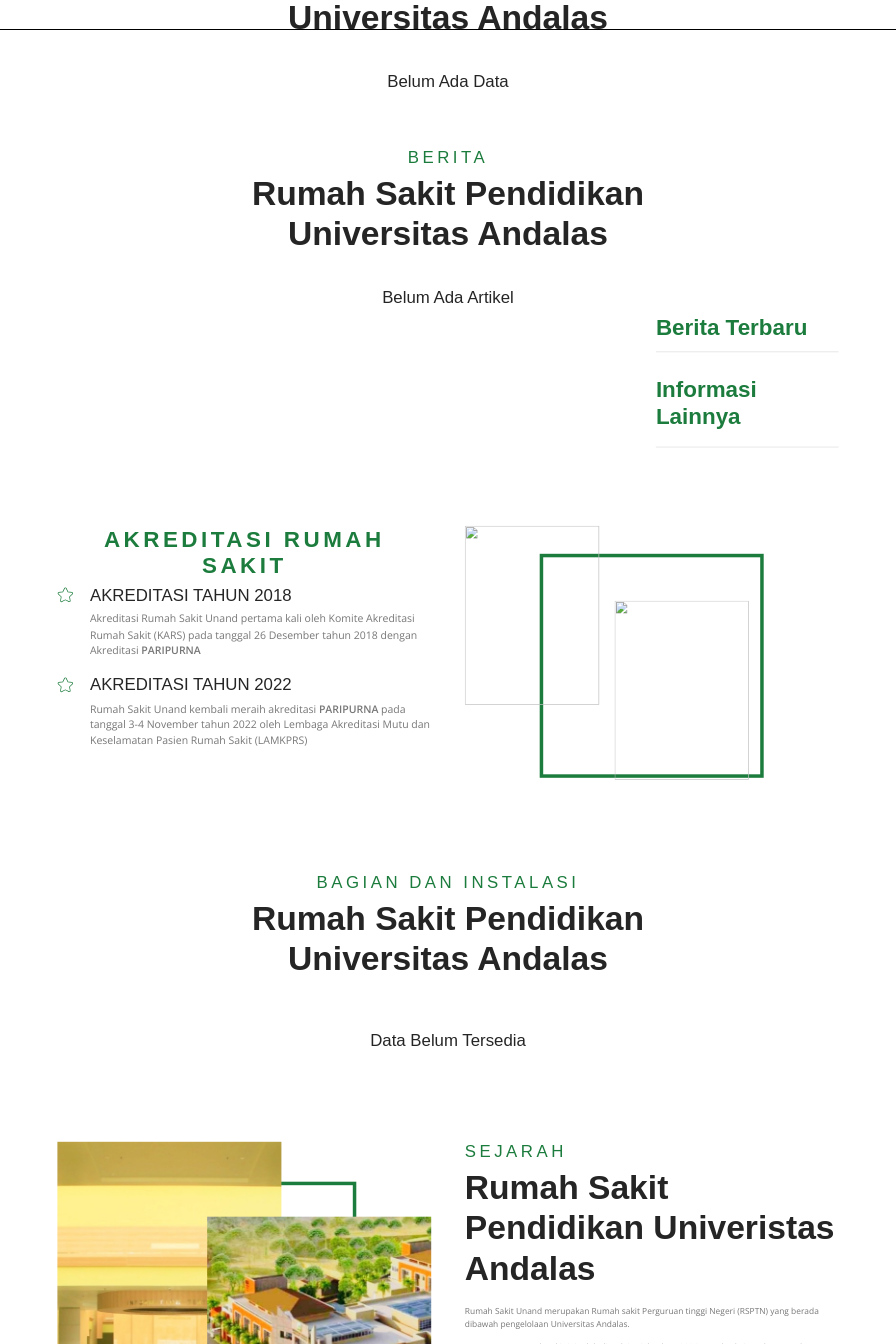
Repository: vivin-erialis/rsunand-site
Page: http://localhost/
The author's editor kept a copy of each file at every save. The page is drawn from the files as they stood at one save, then again after the next save.
The browser window is 1280 px wide. The pictures show the part of the page from y = 323 to 2243 px (the page is 3087 px tall), at 70% of full size.
Some web fonts or font styles are not loaded; a fallback is used. Some web libraries are served in a nearby version. The page is served by the project's Laravel application, run on PHP 8.4 with Laravel 12. Queries for data that is not in the repository find no rows.

Above is the page before, as saved 2024-06-10 09:16:56.
Console error: TypeError: Cannot read properties of undefined (reading 'version')

After the next save:
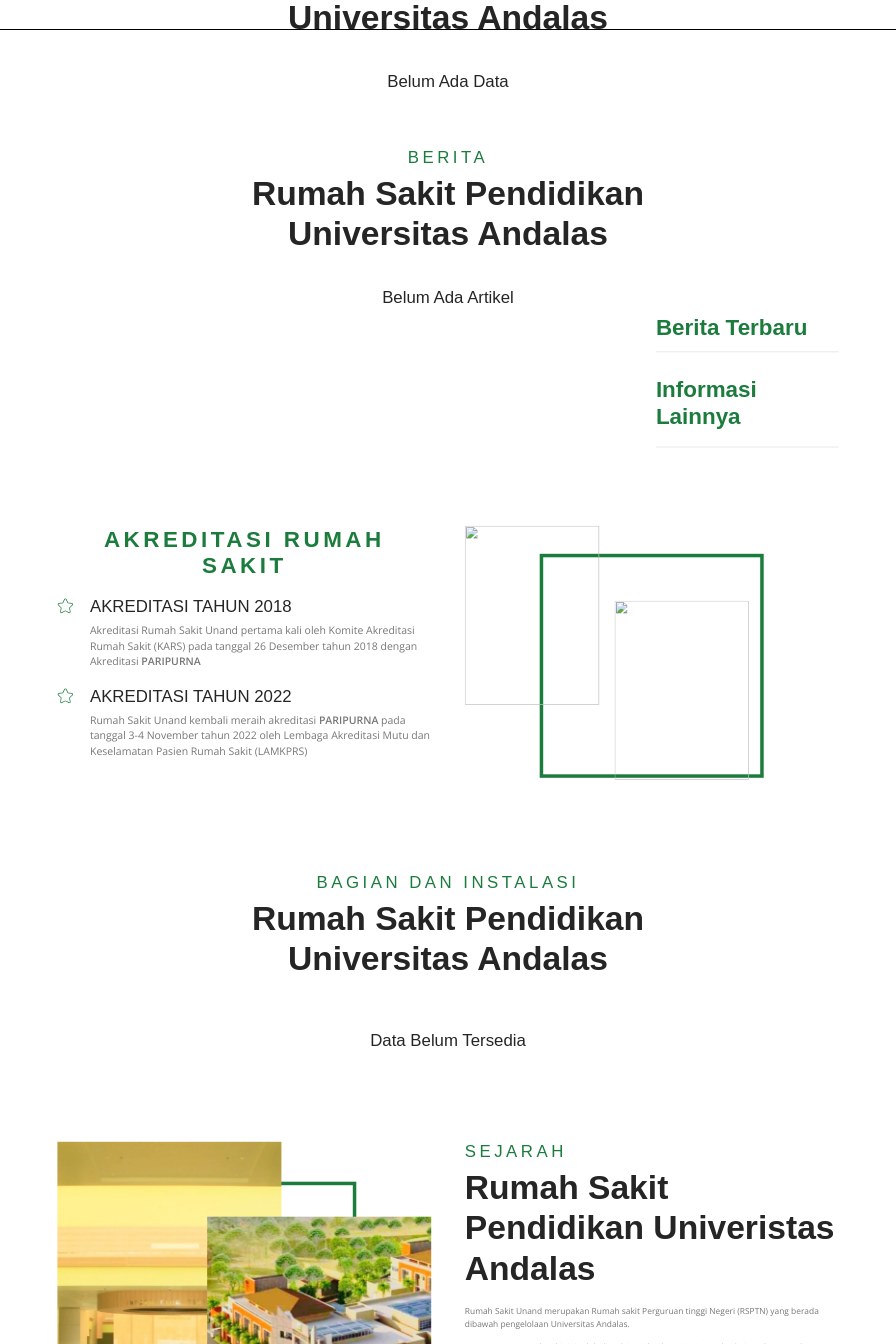
Saved 15 s later.
--- a/resources/views/Frontend/home.blade.php
+++ b/resources/views/Frontend/home.blade.php
@@ -224,7 +224,7 @@
         <div class="container">
             <div class="row g-5">
                 <div class="col-lg-6 wow fadeInUp" data-wow-delay="0.1s">
-                    <h2 class="section-title text-center MB-3">AKREDITASI RUMAH SAKIT</h2>
+                    <h2 class="section-title text-center mb-4">AKREDITASI RUMAH SAKIT</h2>
                     {{-- <h class="display-5 mb-4">Rumah Sakit Pendidikan Universitas Andalas</h> --}}
                     {{-- <p class="mb-4">Tempor erat elitr rebum at clita. Diam dolor diam ipsum sit. Aliqu diam amet diam et eos. Clita erat ipsum et lorem et sit, sed stet lorem sit clita duo justo magna dolore erat amet</p> --}}
                     <div class="row g-4">
